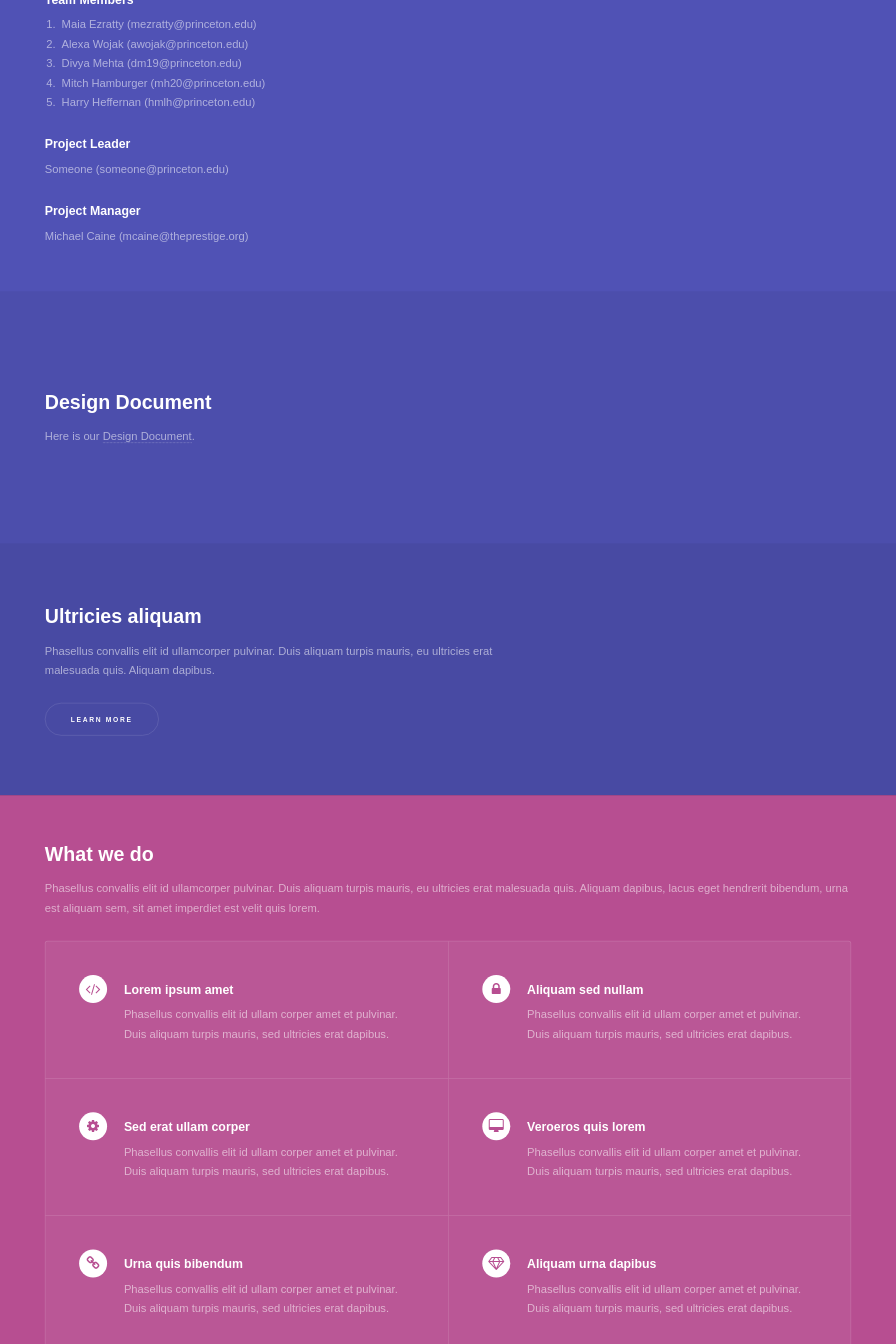
Repository: mezratty/COS-333-Project
Page: workspace/html5up-hyperspace/index.html
The author's editor kept a record of every edit. The page is drawn from the files as they stood at one moment, then again after the next edit.
The browser window is 1280 px wide. The pictures show the part of the page from y = 870 to 2790 px (the page is 3746 px tall), at 70% of full size.

Above is the page before.

After the next edit:
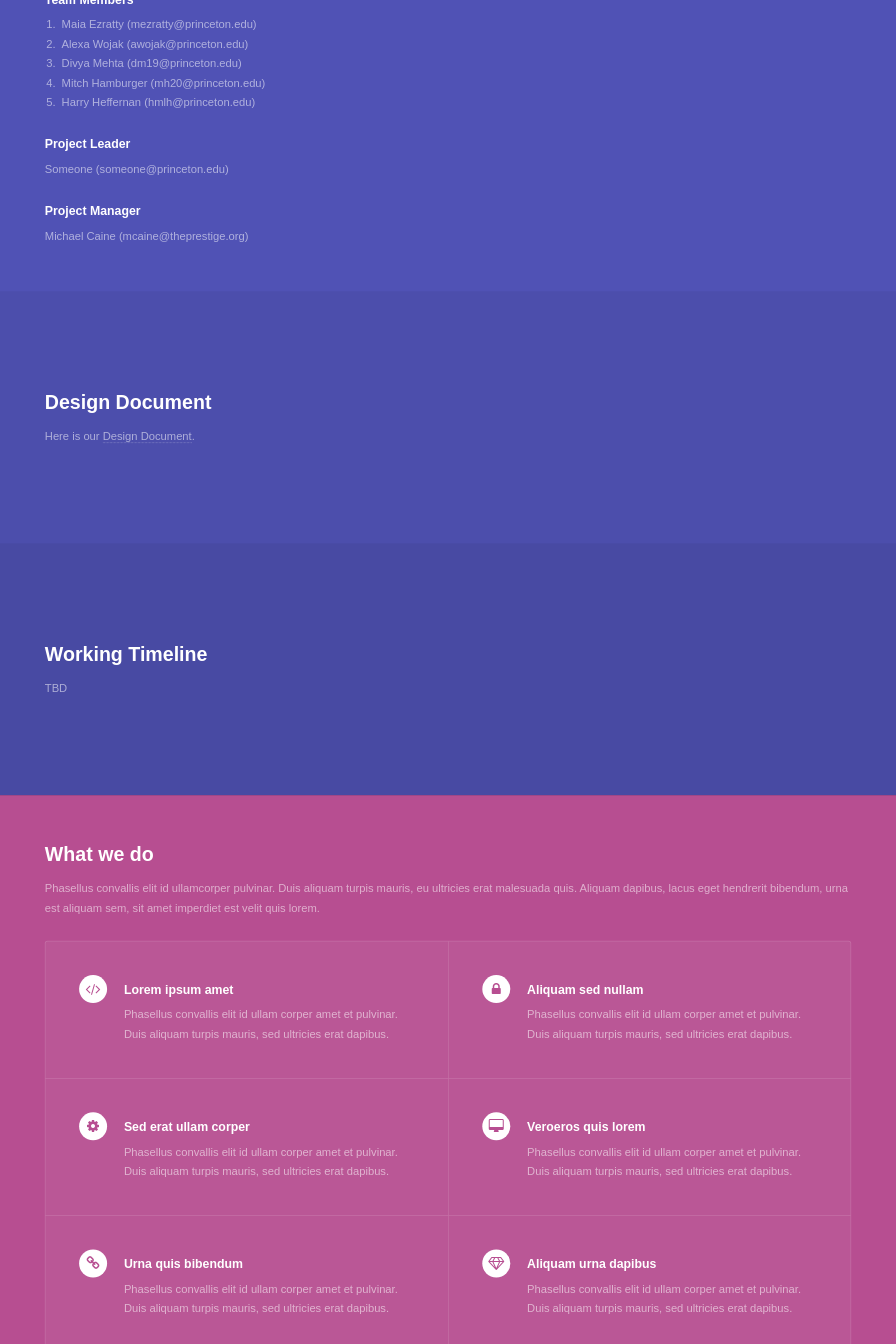
The edit:
--- a/workspace/html5up-hyperspace/index.html
+++ b/workspace/html5up-hyperspace/index.html
@@ -74,11 +74,8 @@
 						<section>
 							<div class="content">
 								<div class="inner">
-									<h2>Ultricies aliquam</h2>
-									<p>Phasellus convallis elit id ullamcorper pulvinar. Duis aliquam turpis mauris, eu ultricies erat malesuada quis. Aliquam dapibus.</p>
-									<ul class="actions">
-										<li><a href="#" class="button">Learn more</a></li>
-									</ul>
+									<h2>Working Timeline</h2>
+									<p>TBD</p>
 								</div>
 							</div>
 						</section>
